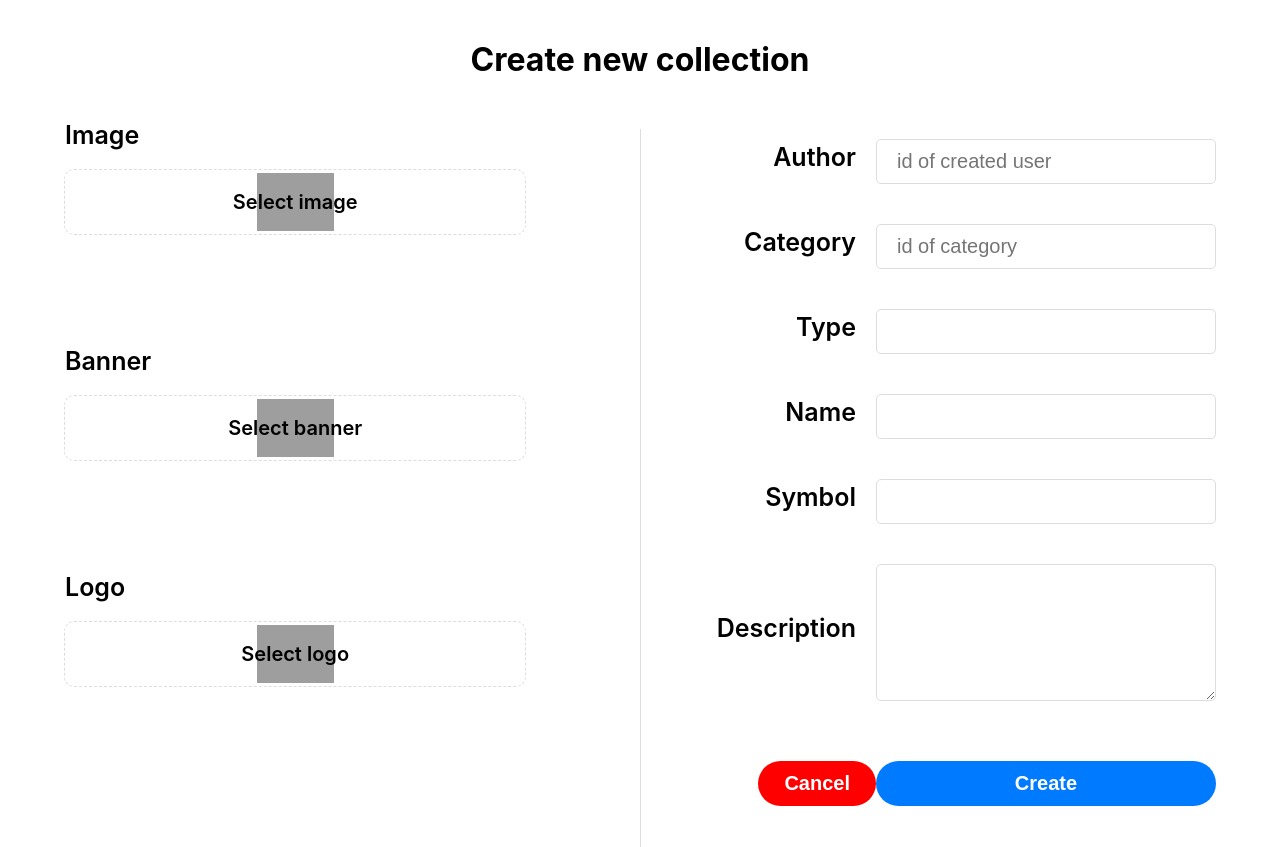
Repository: superHotBob/admin_nftillion
Page: /createcollection
These files come from the project's save history. The page is drawn as it stood at one moment and after the next save; the edit follows.
The browser window is 1280 px wide. The pictures show the whole page.
Pictures or frames that could not be fetched are drawn as grey boxes. The project was rebuilt for these pictures with package versions that can differ from the ones it lists, and the page was loaded fresh each time. Also part of the build but not shown: src/components/Login/styles.scss, src/components/Login/index.js, src/components/NavPanel/styles.scss, src/components/NavPanel/index.js, src/components/Users/index.js, src/components/Collections/index.js, src/components/Preminted/styles.scss, src/components/Preminted/index.js.

Above is the page before, as saved 2022-04-27 18:26:23.

After the next save:
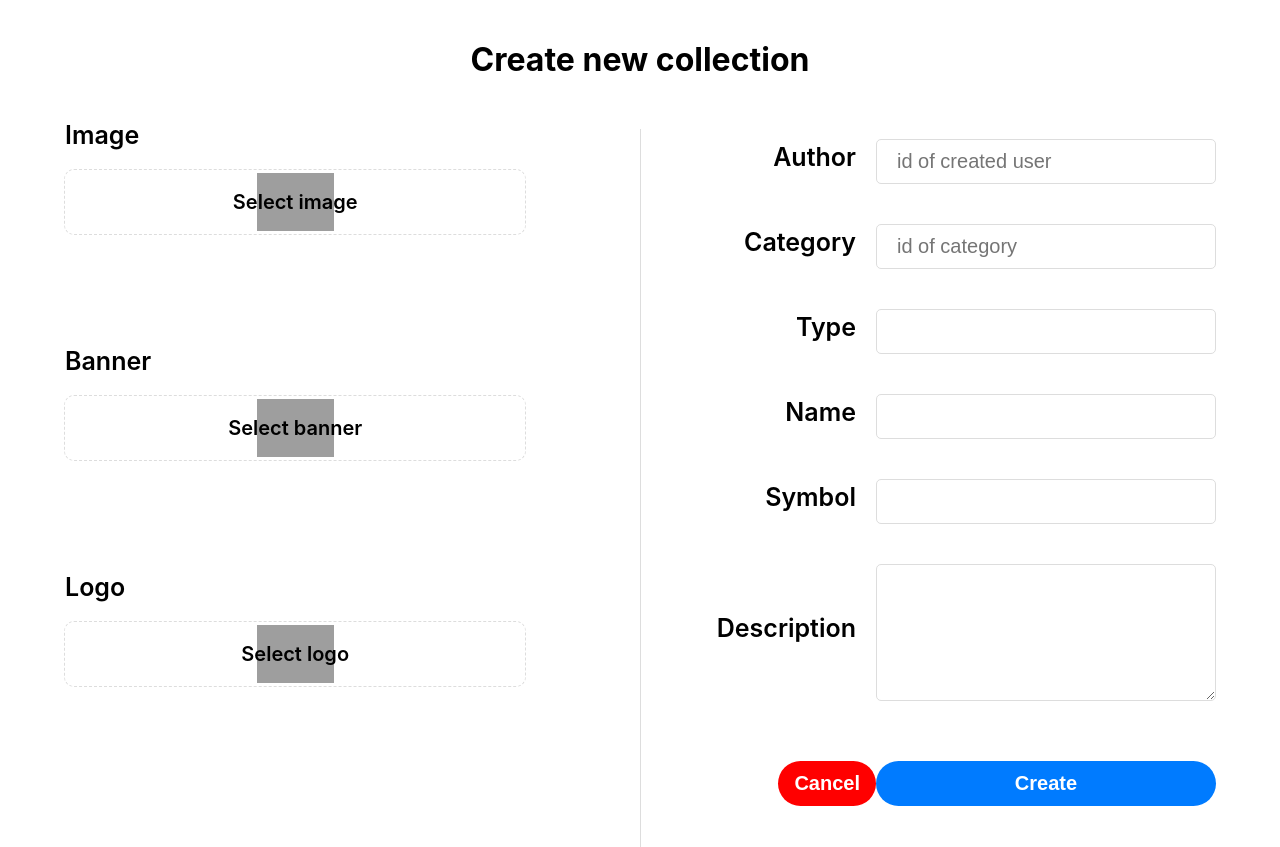
Saved 25 s later.
--- a/src/components/CreateCollection/styles.scss
+++ b/src/components/CreateCollection/styles.scss
@@ -76,7 +76,7 @@
     }
     button {
       width: 340px;
-      margin: 30px 0 0 20px;
+      margin-top: 30px;
     }
     .cancel {
       width: 100%;
